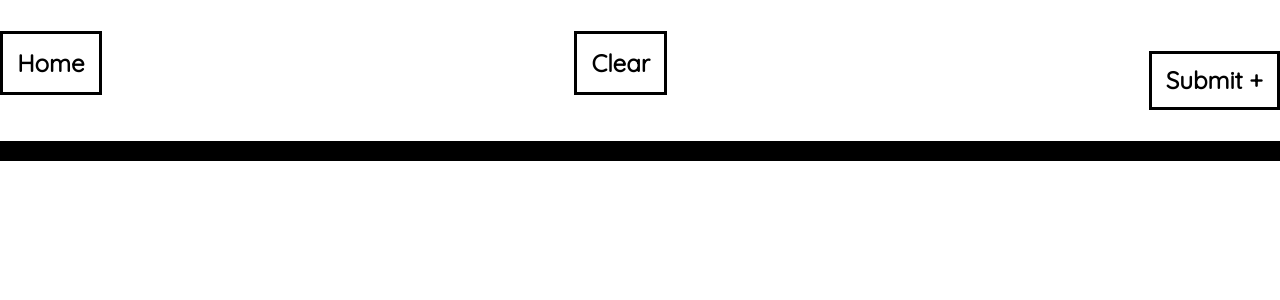
Repository: rickypcyt/WebMural
Page: /
The author's editor kept a copy of each file at every save. The page is drawn from the files as they stood at one save, then again after a run of saves.
The browser window is 1280 px wide. The pictures show the whole page.
The project was rebuilt for these pictures with package versions that can differ from the ones it lists, and the page was loaded fresh each time.

Above is the page before, as saved 2022-09-12 13:16:24.

### src/index.js
import React from "react";
import ReactDOM from "react-dom/client";
import "./index.css";
import WebMural from "./Pages/WebMural";
import reportWebVitals from "./reportWebVitals";
import { BrowserRouter, Routes, Route, Switch } from "react-router-dom";

const root = ReactDOM.createRoot(document.getElementById("root"));
root.render(
  <React.StrictMode>
    <BrowserRouter>
      <WebMural />
    </BrowserRouter>
  </React.StrictMode>
);

// If you want to start measuring performance in your app, pass a function
// to log results (for example: reportWebVitals(console.log))
// or send to an analytics endpoint. Learn more: https://bit.ly/CRA-vitals
reportWebVitals();

### src/index.css
@import url("https://fonts.googleapis.com/css2?family=Quicksand");

input[type="file"] {
  display: none;
}
.container {
  top: 0%;
  left: 0%;
}
::marker {
  display: none;
}
.image-container {
  width: 100%;
  margin: auto;
  display: flex;
  flex-direction: row;
  justify-content: space-evenly;
  gap: 15px;
  padding: 10px;
  background-color: black;

}

body {
  line-height: 1;
  font-family: "Quicksand";
  font-size: large;
  margin: 0%;
  margin-top: 4%;
  padding: 0%;
}
main{
  top: 10%;

}
ol {
  list-style: none;
  display: flex;
  padding: 0;
  justify-content: space-between;
  align-items: flex-start;
  display: flex;
  flex-wrap: wrap;
  align-content: center;
}
.content {
  position: absolute;
  right: calc(var(--pad) * 2);
  bottom: calc(var(--pad) * 2);
  white-space: nowrap;
}
.parrafo {
  line-height: 1.5;
  text-align: end;
  font-size: larger;
}
.parrafo span {
  display: block;
}
.titulo {
  margin: 0;
}
.oli {
  font-weight: bold;
  border-style: solid;
  font-size: x-large;
  padding: 1ch;
}
.descripcion {
  font-weight: lighter;
  font-style: oblique;
}
.oli:hover {
  color: black;
  border-style: dotted;
}
.page {
  padding-top: 2%;
  padding-bottom: 3%;
}
.pageContact {
  padding-top: 8%;
  padding-bottom: 9%;
}
.cabeceranavi {
  padding-bottom: 1%;
}
p {
  font-weight: bold;
}
a {
  color: black;
  text-decoration: none;
  padding: 0ch;
}
span {
  font-size: larger;
}
li {
  width: 7%;
  height: 10%;
}
ul {
  list-style-type: none;
  margin: 0%;
  display: flex;
  align-items: center;
  flex-direction: row;
  padding-top: 5%;
  padding-bottom: 5%;
  padding-left: 0%;
  justify-content: space-around;
}
.imagenes {
  display: block;
  height: auto;
  width: auto;
  padding-top: 5%;
  padding-bottom: 5%;
}

.imagenesproyect {
  position: relative;
}
.fixer {
  display: flex;
  flex-direction: row;
  justify-content: space-evenly;
  padding-bottom: 3%;
}
.overlay {
  position: absolute;
  top: 0.83cm;

  background: rgb(0, 0, 0);
  background: rgb(2, 0.3, 0.9, 0.6); /* Black see-through */
  color: #f1f1f1;
  width: 100%;
  transition: 0.5s ease;
  color: white;
  text-align: center;
  font-size: 20px;
  padding-top: 20px;
  padding-bottom: 20px;
  opacity: 0;
}
.imagenesproyect:hover .overlay {
  opacity: 1;
}
.overlay2 {
  position: absolute;
  bottom: 8%;
  background: rgb(0, 0, 0);
  background: rgba(40, 40, 40, 0.6); /* Black see-through */
  color: #f1f1f1;
  width: 100%;
  transition: 0.5s ease;
  color: white;
  text-align: center;
  font-size: 20px;
  padding-top: 20px;
  padding-bottom: 20px;
  opacity: 0;
}
.imagenesproyect:hover .overlay2 {
  opacity: 1;
}

.homeinfo {
  font-size: x-large;
}

@media screen and (max-width: 1340px) {
  .fixer {
    flex-direction: column;
    justify-content: center;
  }
  .imagenes {
    height: auto;
    width: 100%;
  }
  ol {
  }
}

.image-container {
  width: auto;
  margin: auto;
  /* display: flex; */
  flex-wrap: wrap;
  gap: 15px;
  padding: 10px;
}

.image-container img {
  max-width: 100%;
  max-height: 225px;
}

.container .image-container .image {
  border: 4px solid black;
  overflow: hidden;
  /* cursor: pointer; */
}

.container .image-container .image img {
  height: 100%;
  width: 100%;
}
@media (max-width: 700px) {
  .image-container img {
    max-height: -10px;
  }
}

.image:hover {
  transform: scale(1.15); /* (150% zoom - Note: if the zoom is too large, it will go outside of the viewport) */
}

.oli:hover {
  transform: scale(1.15); /* (150% zoom - Note: if the zoom is too large, it will go outside of the viewport) */
}

### src/Pages/WebMural.js
import React, { useState } from "react";
import { Link, useMatch, useResolvedPath } from "react-router-dom";

const UploadAndDisplayImage = () => {
  const [selectedFiles, setSelectedFiles] = useState([]);
  const handleImageChange = (e) => {
    setSelectedFiles([]);
    if (e.target.files) {
      const filesArray = Array.from(e.target.files).map((file) =>
        URL.createObjectURL(file)
      );
      setSelectedFiles((prevImages) => prevImages.concat(filesArray));
      Array.from(e.target.files).map((file) => URL.revokeObjectURL(file));
    }
  };

  const renderPhotos = (source) => {
    return source.map((photo) => {
      return (
        <div class="container">
          <figure class="image-container">
            <img className="image" src={photo} alt="" key={photo} />
          </figure>
        </div>
      );
    });
  };

  return (
    <main>
      <nav className="cabeceranavi">
        <ol>
          <CustomLink to="/" className="oli">
            Home
          </CustomLink>
          <CustomLink className="oli" onClick={() => handleImageChange(null)}>
            Clear
          </CustomLink>
          <label for="upload-button">
            <nav>
              <input
                type="file"
                id="upload-button"
                multiple="multiple"
                accept="image/*"
                onChange={handleImageChange}
              />
              <div class="oli"> Submit + </div>
            </nav>
          </label>
        </ol>
      </nav>
      {selectedFiles && (
        <div>
          <div class="image-container">{renderPhotos(selectedFiles)}</div>
        </div>
      )}
    </main>
  );
};

export default UploadAndDisplayImage;

function CustomLink({ to, children, ...props }) {
  const resolvedPath = useResolvedPath(to);
  const isActive = useMatch({ path: resolvedPath.pathname, end: true });
  return (
    <li className={isActive ? "active" : ""}>
      <Link to={to} {...props}>
        {children}
      </Link>
    </li>
  );
}

Loaded but not shown: public/index.html (common file); src/reportWebVitals.js (common file)

After the next 3 saves:
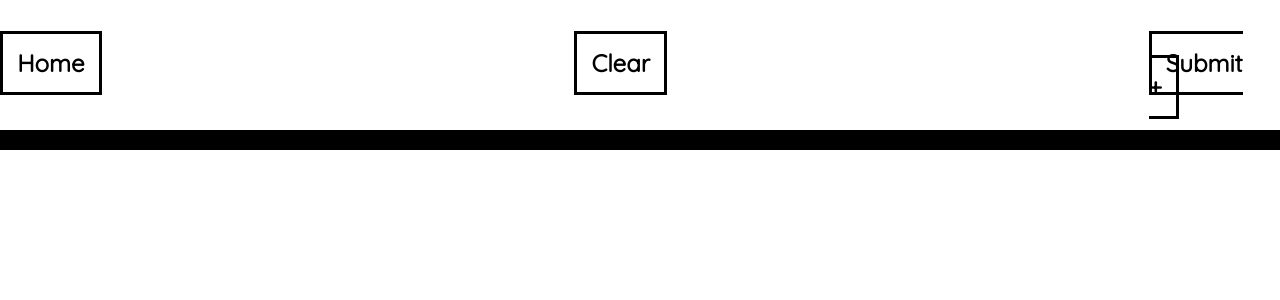
The 3 saves are shown as one change because they came seconds apart.
The last was saved 8 s later.
--- a/src/Pages/WebMural.js
+++ b/src/Pages/WebMural.js
@@ -45,7 +45,7 @@
                 accept="image/*"
                 onChange={handleImageChange}
               />
-              <div class="oli"> Submit + </div>
+              <CustomLink class="oli"> Submit + </CustomLink>
             </nav>
           </label>
         </ol>

After the save that followed:
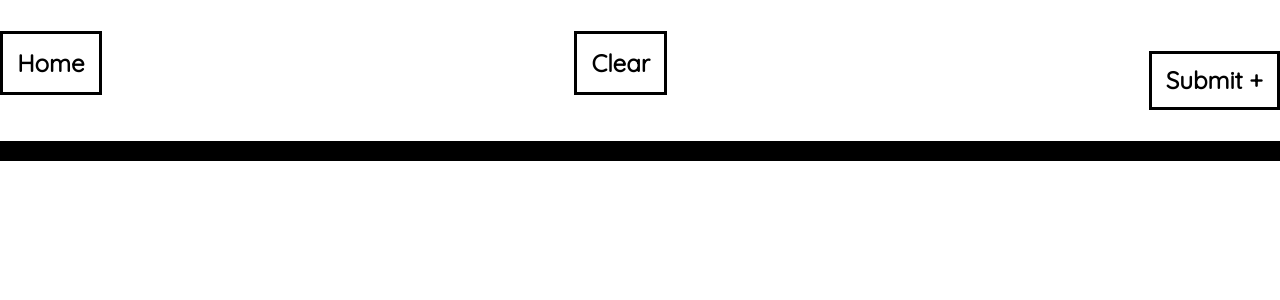
Saved 12 s later.
--- a/src/Pages/WebMural.js
+++ b/src/Pages/WebMural.js
@@ -45,7 +45,7 @@
                 accept="image/*"
                 onChange={handleImageChange}
               />
-              <CustomLink class="oli"> Submit + </CustomLink>
+              <div class="oli"> Submit + </div>
             </nav>
           </label>
         </ol>
